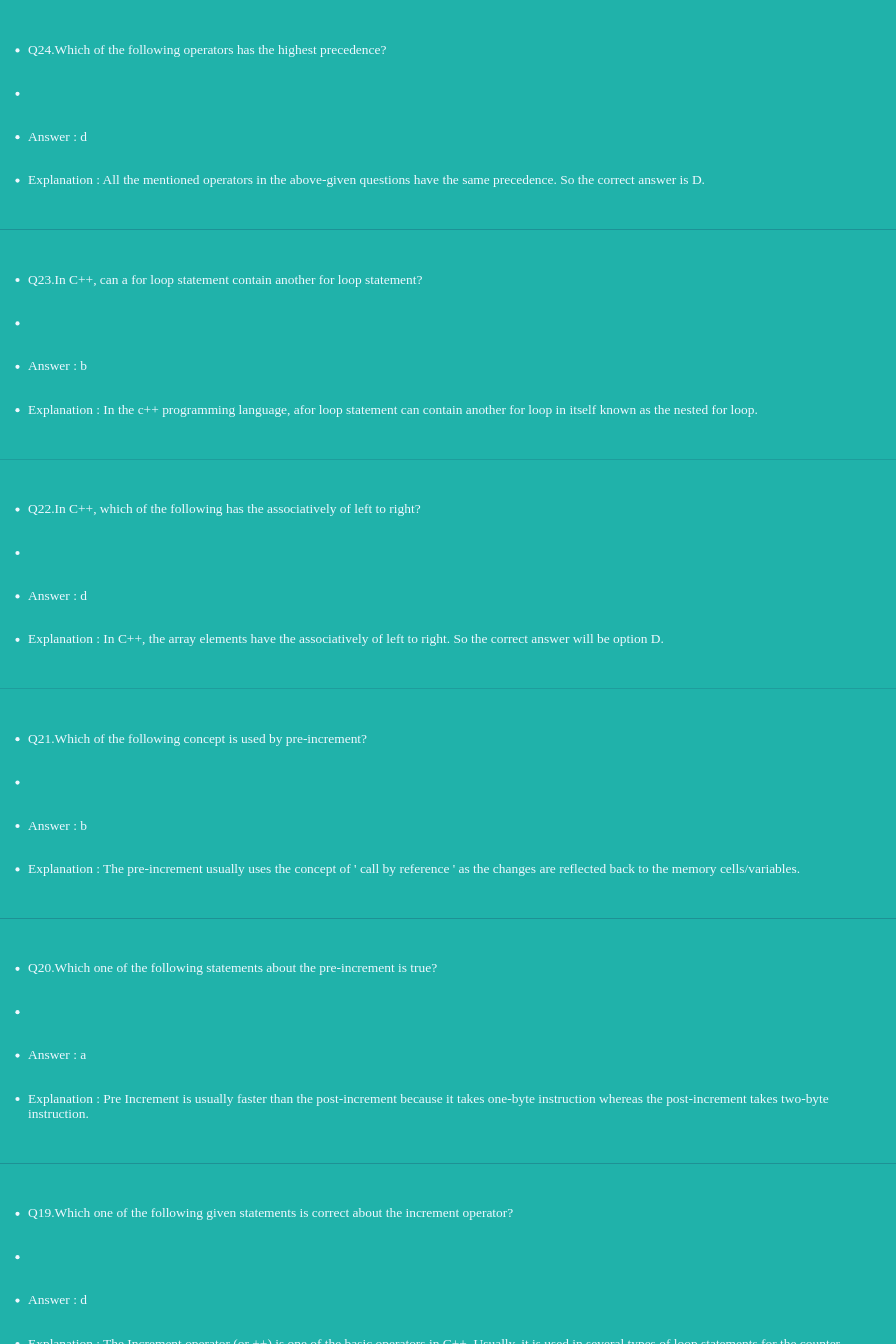
Repository: abdelrahmanahmed20021/Quiz-Platform
Page: info.html
These files come from the project's save history. The page is drawn as it stood at one moment and after the next save; the edit follows.
The browser window is 1280 px wide. The pictures show the part of the page from y = 0 to 1920 px (the page is 11027 px tall before and 11674 px after), at 70% of full size.

Above is the page before, as saved 2023-01-11 18:14:56.

After the next save:
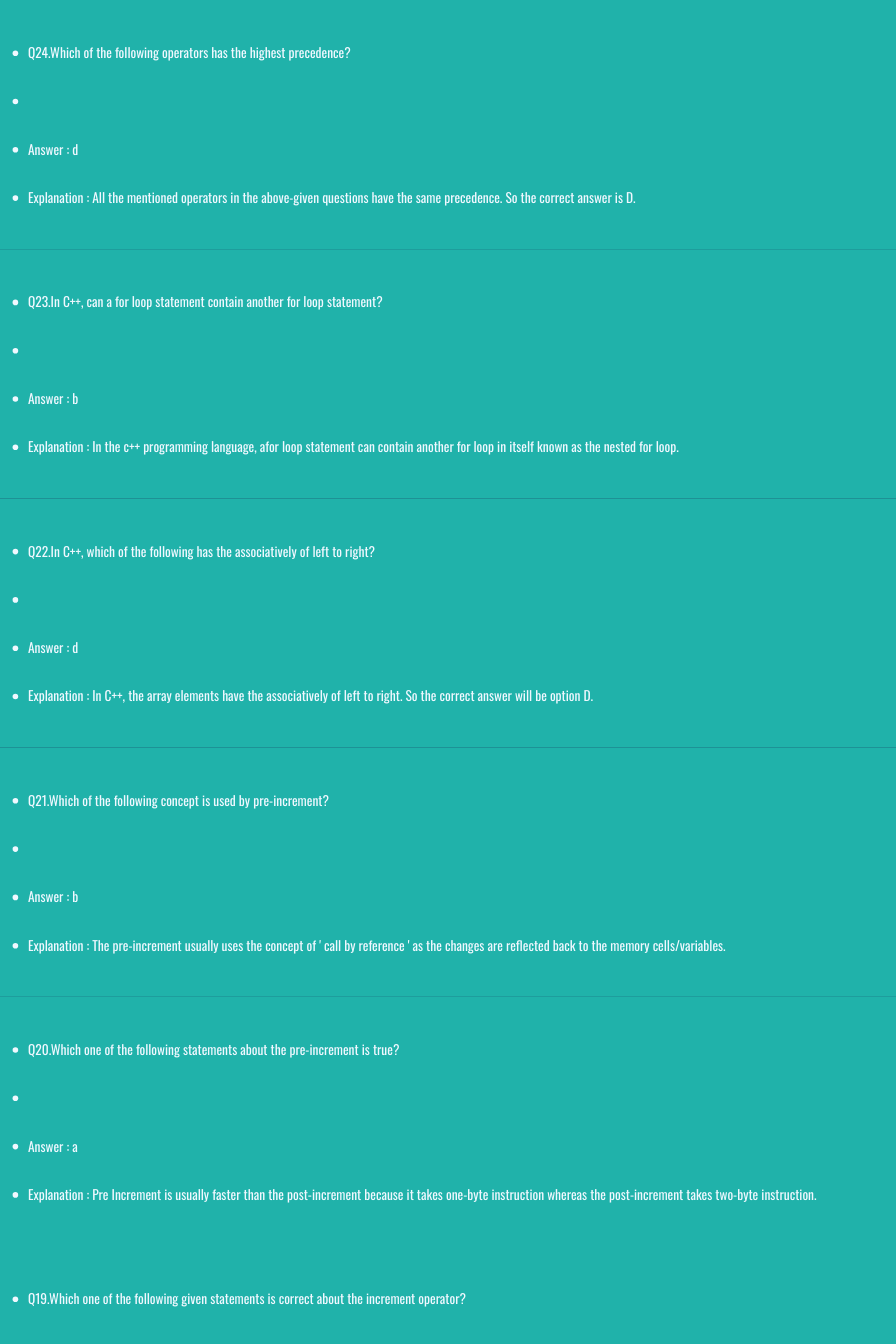
Saved 11 s later.
--- a/info.html
+++ b/info.html
@@ -14,8 +14,7 @@
             .info-answers{
                 padding: 40px;
                 background-color: lightseagreen;
-    --mainFont: 'Oswald', sans-serif;
-
+                font-family:  'Oswald', sans-serif;
             }
             .info-answers li{
                 color: aliceblue;
